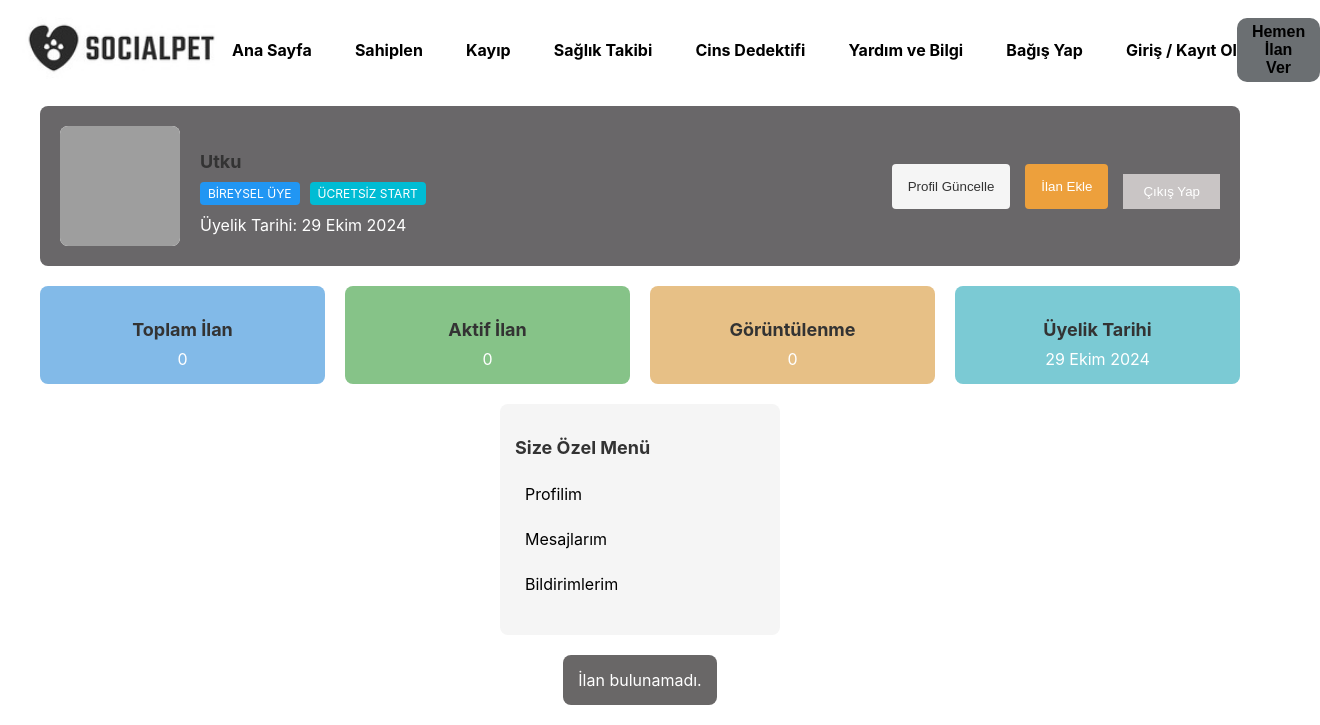
Repository: utkucaa/socialpet-frontend
Page: /profile (app in petweb/petweb/)
The author's editor kept a copy of each file at every save. The page is drawn from the files as they stood at one save, then again after the next save.
The browser window is 1280 px wide. The page is 1320 px wide, so the pictures cover 1320 px, including what lies to the right of the window. The pictures show the whole page.
Pictures or frames that could not be fetched are drawn as grey boxes. The project was rebuilt for these pictures with package versions that can differ from the ones it lists, and the page was loaded fresh each time. Also part of the build but not shown: petweb/petweb/src/Components/Login/Login.jsx, petweb/petweb/src/Components/Intro/Intro.css, petweb/petweb/src/Components/Intro/Intro.jsx, petweb/petweb/src/Components/Register/Register.jsx, petweb/petweb/src/Components/Adoption/Header.css, petweb/petweb/src/Components/Adoption/Header.jsx, petweb/petweb/src/Components/Adoption/Stats.css, petweb/petweb/src/Components/Adoption/Stats.jsx and 30 more. Imported but missing from the stored project, and not drawn on this page: petweb/petweb/src/Components/AdoptionSteps.

Above is the page before, as saved 2025-01-09 22:18:48.

After the next save:
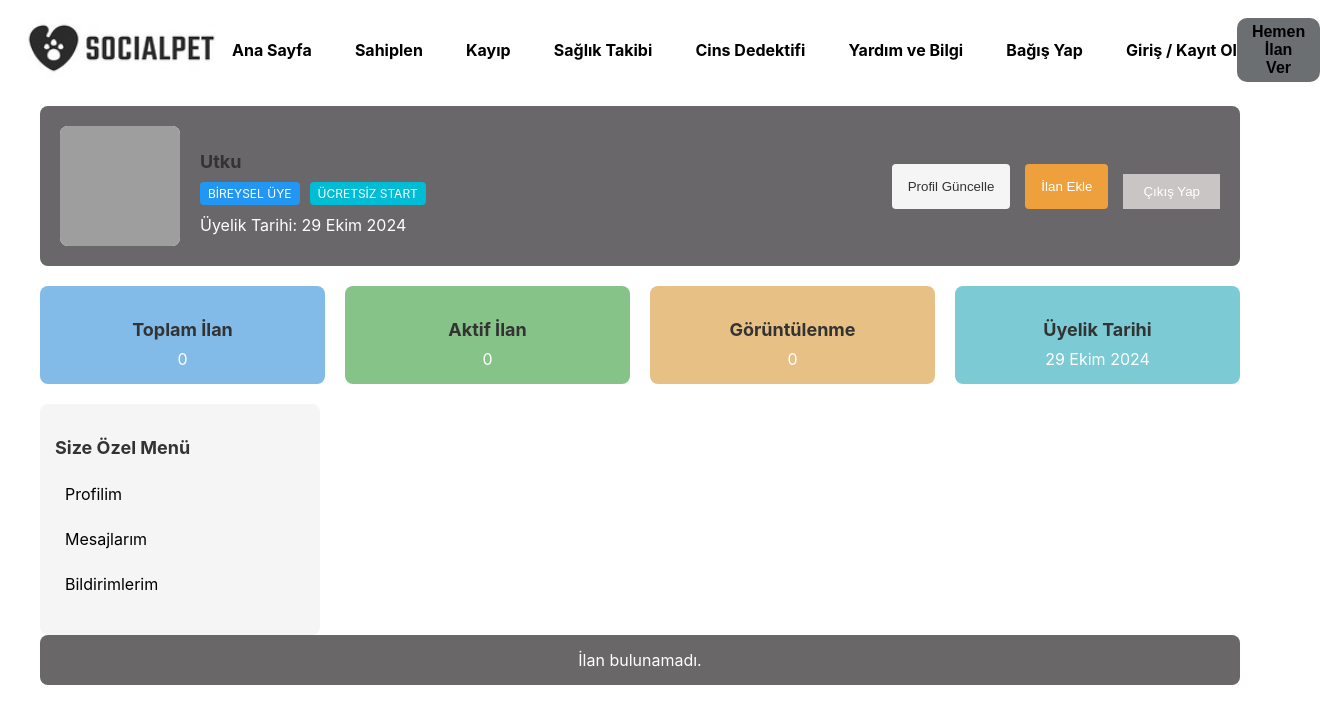
Saved 8 s later.
--- a/petweb/petweb/src/Components/Profile/ProfilePage.jsx
+++ b/petweb/petweb/src/Components/Profile/ProfilePage.jsx
@@ -83,7 +83,7 @@
       </div>
 
       {/* Content Section */}
-      <div className="content-section">
+      <div className="content">
         <div className="side">
           <h3>Size Özel Menü</h3>
           <ul>
